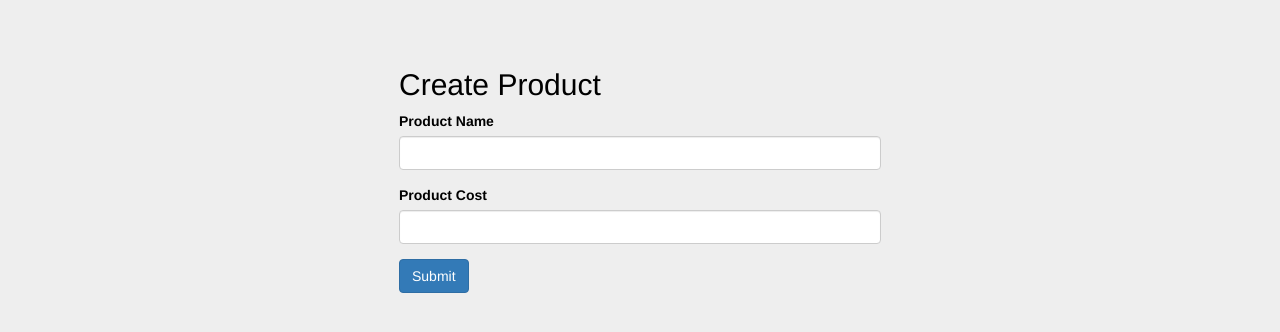
Repository: krutishilp/Sample
Page: http://localhost/productmanagement-webapp/createProduct.jsp
The author's editor kept a copy of each file at every save. The page is drawn from the files as they stood at one save, then again after the next save.
The browser window is 1280 px wide. The pictures show the whole page.
The page is served by Tomcat 9. Other server files are loaded and not shown.

Above is the page before, as saved 2020-09-04 13:07:19.

### JAVA-Eclipse-workspace/productmanagement-webapp/src/main/webapp/createProduct.jsp
<!DOCTYPE html>
<html>
<head>
<meta charset="ISO-8859-1">
<title>Place an Product</title>
<!-- Latest compiled and minified CSS -->
<link rel="stylesheet"
	href="https://maxcdn.bootstrapcdn.com/bootstrap/3.3.7/css/bootstrap.min.css"
	integrity="sha384-BVYiiSIFeK1dGmJRAkycuHAHRg32OmUcww7on3RYdg4Va+PmSTsz/K68vbdEjh4u"
	crossorigin="anonymous">

<style type="text/css">
.container {
	width: 40%;
	align-items: center;
}
</style>
</head>
<body class="jumbotron">
	<div class="container">
		<div>
			<h2>Create Product</h2>
		</div>
		<form action="product" method="post">
			<div class="form-group">
				<label for="productname">Product Name</label> <input type="text"
					class="form-control" id="productname" placeholder=""
					name="productName" required="required">
			</div>

			<div class="form-group">
				<label for="productcost">Product Cost</label> <input type="number"
					class="form-control" id="productcost" placeholder=""
					name="productCost" required="required">
			</div>
			<div class="form-group">
				<input type="hidden" class="form-control" name="createProduct" required="required">
			</div>

			<div class="form-group">
				<input type="submit" class="btn btn-primary">
			</div>

		</form>
	</div>
</body>
</html>

After the next save:
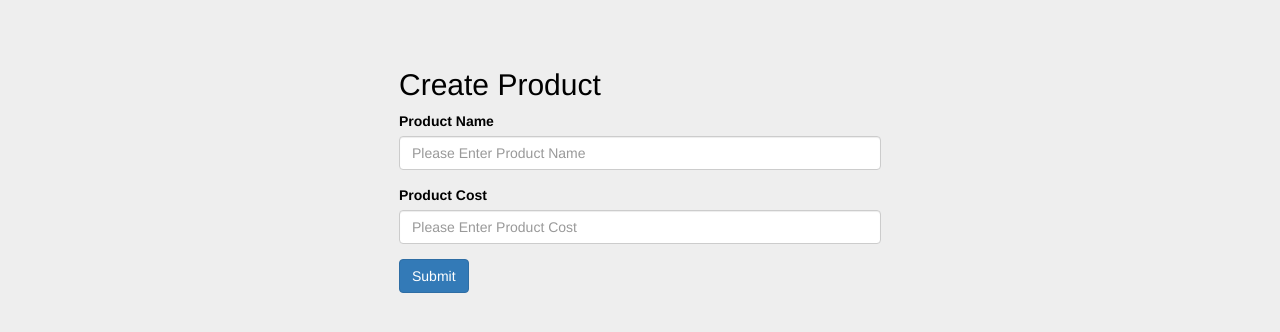
Saved 79 s later.
--- a/JAVA-Eclipse-workspace/productmanagement-webapp/src/main/webapp/createProduct.jsp
+++ b/JAVA-Eclipse-workspace/productmanagement-webapp/src/main/webapp/createProduct.jsp
@@ -24,13 +24,13 @@
 		<form action="product" method="post">
 			<div class="form-group">
 				<label for="productname">Product Name</label> <input type="text"
-					class="form-control" id="productname" placeholder=""
+					class="form-control" id="productname" placeholder="Please Enter Product Name"
 					name="productName" required="required">
 			</div>
 
 			<div class="form-group">
 				<label for="productcost">Product Cost</label> <input type="number"
-					class="form-control" id="productcost" placeholder=""
+					class="form-control" id="productcost" placeholder="Please Enter Product Cost"
 					name="productCost" required="required">
 			</div>
 			<div class="form-group">
